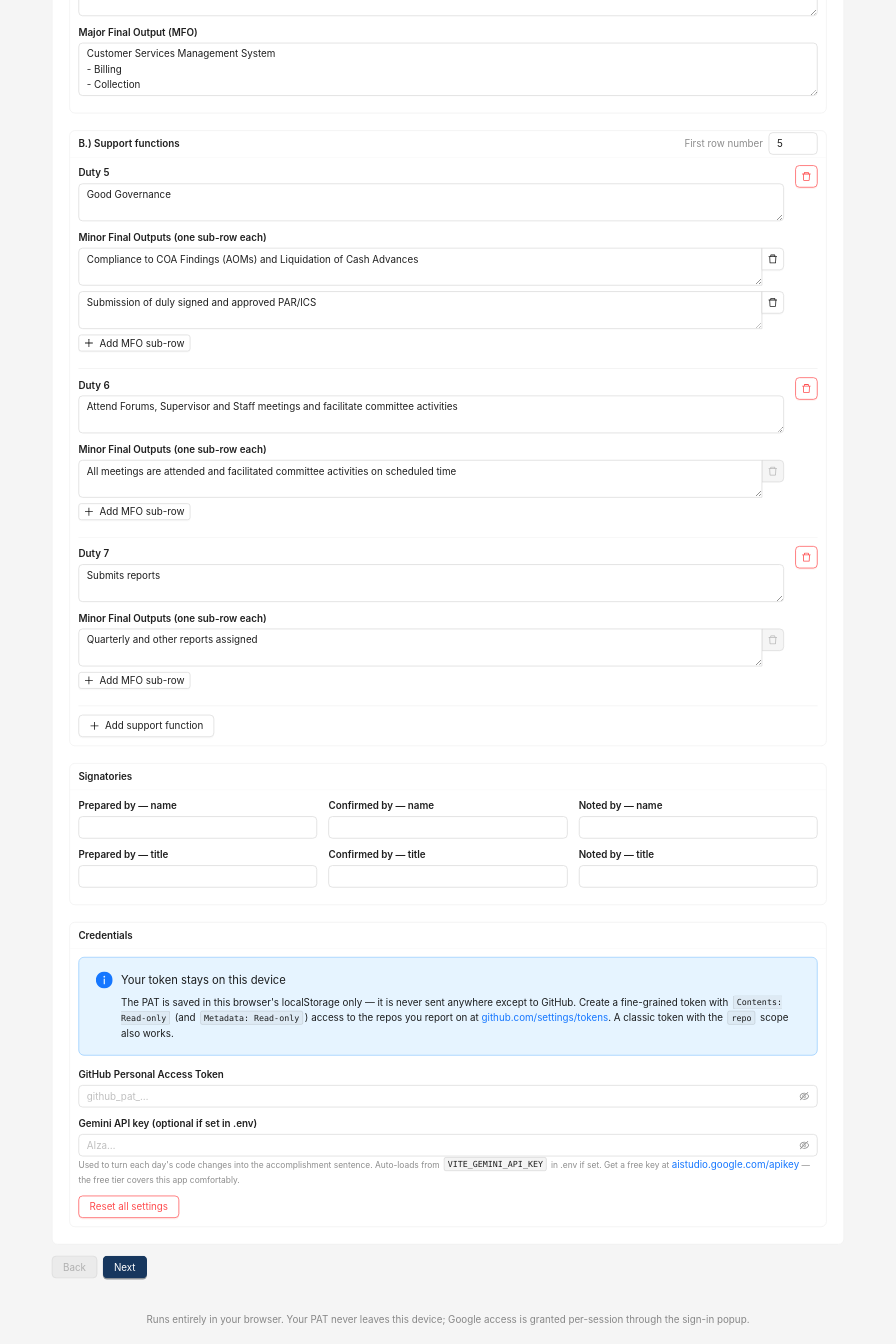
Repository: cerejie1342/Dar-Generator
Page: /
The author's editor kept a copy of each file at every save. The page is drawn from the files as they stood at one save, then again after the next save.
The browser window is 1280 px wide. The pictures show the part of the page from y = 800 to 2720 px (the page is 2720 px tall before and 2606 px after), at 70% of full size.
The page's requests for data from a server got no answer. The project was rebuilt for these pictures with package versions that can differ from the ones it lists, and the page was loaded fresh each time. No one was signed in, and anything a server would have sent is missing. Also part of the build but not shown: src/api/googleAuth.ts, src/api/googleSheets.ts, src/components/DatesStep.tsx, src/components/CommitsStep.tsx, src/components/PreviewStep.tsx, src/api/excelExport.ts, src/components/GenerateStep.tsx.

Above is the page before, as saved 2026-07-15 04:02:21.

### index.html
<!doctype html>
<html lang="en">
  <head>
    <meta charset="UTF-8" />
    <meta name="viewport" content="width=device-width, initial-scale=1.0, viewport-fit=cover" />
    <meta name="theme-color" content="#17375E" />
    <meta name="description" content="Daily Accomplishment Report Generator for Philippine Government Agencies" />
    <meta name="apple-mobile-web-app-capable" content="yes" />
    <meta name="apple-mobile-web-app-status-bar-style" content="black-translucent" />
    <meta name="apple-mobile-web-app-title" content="DAR" />
    <meta name="mobile-web-app-capable" content="yes" />
    <title>DAR Generator</title>
    <link rel="manifest" href="/manifest.webmanifest" />
    <link rel="icon" href="data:[embedded picture, 269 characters]" />
    <link rel="apple-touch-icon" href="data:[embedded picture, 269 characters]" />
    <script src="https://accounts.google.com/gsi/client" async defer></script>
  </head>
  <body>
    <div id="root"></div>
    <script type="module" src="/src/main.tsx"></script>
  </body>
</html>

### src/main.tsx
import React from 'react';
import ReactDOM from 'react-dom/client';
import { App as AntApp, ConfigProvider } from 'antd';
import App from './App';
import './index.css';

if ('serviceWorker' in navigator) {
  navigator.serviceWorker.register('/sw.js', { scope: '/' }).catch(() => {
    // Service worker registration can fail if not available in dev
  });
}

ReactDOM.createRoot(document.getElementById('root')!).render(
  <React.StrictMode>
    <ConfigProvider theme={{ token: { colorPrimary: '#17375E' } }}>
      <AntApp>
        <App />
      </AntApp>
    </ConfigProvider>
  </React.StrictMode>,
);

### src/index.css
body {
  margin: 0;
  font-family: -apple-system, BlinkMacSystemFont, 'Segoe UI', Roboto, Arial, sans-serif;
  background: #f5f5f5;
}

### src/components/ProfileStep.tsx
import { Alert, Button, Card, Col, Divider, Input, InputNumber, Row, Space, Typography } from 'antd';
import { DeleteOutlined, PlusOutlined } from '@ant-design/icons';
import type { Settings, SupportFunction } from '../types';

const { Text, Link } = Typography;

interface Props {
  settings: Settings;
  onChange: (patch: Partial<Settings>) => void;
  onReset: () => void;
}

function Field({ label, children }: { label: string; children: React.ReactNode }) {
  return (
    <div style={{ marginBottom: 12 }}>
      <Text strong style={{ display: 'block', marginBottom: 4 }}>
        {label}
      </Text>
      {children}
    </div>
  );
}

export default function ProfileStep({ settings, onChange, onReset }: Props) {
  const updateSupport = (id: string, patch: Partial<SupportFunction>) => {
    onChange({
      supportFunctions: settings.supportFunctions.map((fn) =>
        fn.id === id ? { ...fn, ...patch } : fn,
      ),
    });
  };

  return (
    <Space direction="vertical" size="large" style={{ width: '100%' }}>
      <Card title="Employee profile" size="small">
        <Row gutter={16}>
          <Col xs={24} md={12}>
            <Field label="Name of PBE">
              <Input
                value={settings.pbeName}
                onChange={(e) => onChange({ pbeName: e.target.value })}
                placeholder="CER EJIE C. LISONDATO"
              />
            </Field>
            <Field label="Position Title">
              <Input
                value={settings.positionTitle}
                onChange={(e) => onChange({ positionTitle: e.target.value })}
                placeholder="Senior Computer Services Programmer"
              />
            </Field>
            <Field label="Department">
              <Input
                value={settings.department}
                onChange={(e) => onChange({ department: e.target.value })}
              />
            </Field>
          </Col>
          <Col xs={24} md={12}>
            <Field label="Unit">
              <Input value={settings.unit} onChange={(e) => onChange({ unit: e.target.value })} />
            </Field>
            <Field label="Immediate Supervisor">
              <Input
                value={settings.supervisor}
                onChange={(e) => onChange({ supervisor: e.target.value })}
              />
            </Field>
          </Col>
        </Row>
      </Card>

      <Card title="Report header" size="small">
        <Row gutter={16}>
          <Col xs={24} md={12}>
            <Field label="Organization name">
              <Input
                value={settings.orgName}
                onChange={(e) => onChange({ orgName: e.target.value })}
              />
            </Field>
            <Field label="Address line">
              <Input
                value={settings.orgAddress}
                onChange={(e) => onChange({ orgAddress: e.target.value })}
              />
            </Field>
          </Col>
          <Col xs={24} md={12}>
            <Field label="Report title">
              <Input
                value={settings.reportTitle}
                onChange={(e) => onChange({ reportTitle: e.target.value })}
              />
            </Field>
          </Col>
        </Row>
      </Card>

      <Card title="A.) Core function" size="small">
        <Field label="Duty description">
          <Input.TextArea
            rows={2}
            value={settings.coreDuty}
            onChange={(e) => onChange({ coreDuty: e.target.value })}
          />
        </Field>
        <Field label="Major Final Output (MFO)">
          <Input.TextArea
            rows={3}
            value={settings.coreMfo}
            onChange={(e) => onChange({ coreMfo: e.target.value })}
          />
        </Field>
      </Card>

      <Card
        title="B.) Support functions"
        size="small"
        extra={
          <Space>
            <Text type="secondary">First row number</Text>
            <InputNumber
              min={1}
              value={settings.supportStartNumber}
              onChange={(v) => onChange({ supportStartNumber: v ?? 5 })}
              style={{ width: 70 }}
            />
          </Space>
        }
      >
        {settings.supportFunctions.map((fn, i) => (
          <div key={fn.id}>
            {i > 0 && <Divider style={{ margin: '12px 0' }} />}
            <Row gutter={16} align="top">
              <Col flex="auto">
                <Field label={`Duty ${settings.supportStartNumber + i}`}>
                  <Input.TextArea
                    rows={2}
                    value={fn.name}
                    onChange={(e) => updateSupport(fn.id, { name: e.target.value })}
                  />
                </Field>
                <Field label="Minor Final Outputs (one sub-row each)">
                  <Space direction="vertical" style={{ width: '100%' }}>
                    {fn.mfos.map((mfo, j) => (
                      <Space.Compact key={j} style={{ width: '100%' }}>
                        <Input.TextArea
                          rows={2}
                          value={mfo}
                          onChange={(e) =>
                            updateSupport(fn.id, {
                              mfos: fn.mfos.map((m, k) => (k === j ? e.target.value : m)),
                            })
                          }
                        />
                        <Button
                          icon={<DeleteOutlined />}
                          disabled={fn.mfos.length === 1}
                          onClick={() =>
                            updateSupport(fn.id, { mfos: fn.mfos.filter((_, k) => k !== j) })
                          }
                        />
                      </Space.Compact>
                    ))}
                    <Button
                      size="small"
                      icon={<PlusOutlined />}
                      onClick={() => updateSupport(fn.id, { mfos: [...fn.mfos, ''] })}
                    >
                      Add MFO sub-row
                    </Button>
                  </Space>
                </Field>
              </Col>
              <Col>
                <Button
                  danger
                  icon={<DeleteOutlined />}
                  disabled={settings.supportFunctions.length === 1}
                  onClick={() =>
                    onChange({
                      supportFunctions: settings.supportFunctions.filter((f) => f.id !== fn.id),
                    })
                  }
                />
              </Col>
            </Row>
          </div>
        ))}
        <Divider style={{ margin: '12px 0' }} />
        <Button
          icon={<PlusOutlined />}
          onClick={() =>
            onChange({
              supportFunctions: [
                ...settings.supportFunctions,
                { id: crypto.randomUUID(), name: '', mfos: [''] },
              ],
            })
          }
        >
          Add support function
        </Button>
      </Card>

      <Card title="Signatories" size="small">
        <Row gutter={16}>
          {(
            [
              ['Prepared by', 'preparedBy'],
              ['Confirmed by', 'confirmedBy'],
              ['Noted by', 'notedBy'],
            ] as const
          ).map(([label, key]) => (
            <Col xs={24} md={8} key={key}>
              <Field label={`${label} — name`}>
                <Input
                  value={settings[key].name}
                  onChange={(e) => onChange({ [key]: { ...settings[key], name: e.target.value } })}
                />
              </Field>
              <Field label={`${label} — title`}>
                <Input
                  value={settings[key].title}
                  onChange={(e) => onChange({ [key]: { ...settings[key], title: e.target.value } })}
                />
              </Field>
            </Col>
          ))}
        </Row>
      </Card>

      <Card title="Credentials" size="small">
        <Alert
          type="info"
          showIcon
          style={{ marginBottom: 16 }}
          message="Your token stays on this device"
          description={
            <>
              The PAT is saved in this browser's localStorage only — it is never sent anywhere
              except to GitHub. Create a fine-grained token with <Text code>Contents: Read-only</Text>{' '}
              (and <Text code>Metadata: Read-only</Text>) access to the repos you report on at{' '}
              <Link href="https://github.com/settings/tokens" target="_blank">
                github.com/settings/tokens
              </Link>
              . A classic token with the <Text code>repo</Text> scope also works.
            </>
          }
        />
        <Field label="GitHub Personal Access Token">
          <Input.Password
            value={settings.githubToken}
            onChange={(e) => onChange({ githubToken: e.target.value })}
            placeholder="github_pat_…"
            autoComplete="off"
          />
        </Field>
        <Field  label="Gemini API key (optional if set in .env)">
          <Input.Password
            value={settings.geminiApiKey}
            onChange={(e) => onChange({ geminiApiKey: e.target.value })}
            placeholder="AIza…"
            autoComplete="off"
          />
          <Text type="secondary" style={{ fontSize: 12 }}>
            Used to turn each day's code changes into the accomplishment sentence. Auto-loads from{' '}
            <Text code>VITE_GEMINI_API_KEY</Text> in .env if set. Get a free key at{' '}
            <Link href="https://aistudio.google.com/apikey" target="_blank">
              aistudio.google.com/apikey
            </Link>
            {' '}— the free tier covers this app comfortably.
          </Text>
        </Field>
        <Button danger onClick={onReset}>
          Reset all settings
        </Button>
      </Card>
    </Space>
  );
}

### src/lib/distribute.ts
import type { Commit } from '../types';

/** Local calendar day of a commit, as yyyy-MM-dd. */
export function toDateKey(iso: string): string {
  const d = new Date(iso);
  const pad = (n: number) => String(n).padStart(2, '0');
  return `${d.getFullYear()}-${pad(d.getMonth() + 1)}-${pad(d.getDate())}`;
}

function dayNumber(key: string): number {
  const [y, m, d] = key.split('-').map(Number);
  return Date.UTC(y, m - 1, d) / 86400000;
}

/**
 * Assign commits to the selected attendance dates.
 *
 * Guarantees:
 *  - every commit lands in exactly one date bucket (never duplicated);
 *  - a commit stays on its real commit date whenever that date was selected;
 *  - otherwise it goes to the nearest selected date, so buckets stay contiguous
 *    in chronological order;
 *  - if a selected date ends up empty while there are enough commits to go
 *    around, it borrows from the nearest neighbour that has a surplus, shifting
 *    commits along the chain so chronological order is preserved;
 *  - with fewer commits than dates, the leftover dates simply stay empty.
 */
export function distribute(commits: Commit[], dates: string[]): Map<string, Commit[]> {
  const buckets = new Map<string, Commit[]>();
  dates.forEach((d) => buckets.set(d, []));
  if (dates.length === 0) return buckets;

  const sortedDates = [...dates].sort();
  const dateNums = sortedDates.map(dayNumber);

  const sorted = [...commits].sort(
    (a, b) => new Date(a.date).getTime() - new Date(b.date).getTime() || a.sha.localeCompare(b.sha),
  );

  // Deduplicate by SHA, then drop the commit on its own date, or the nearest one.
  const seen = new Set<string>();
  const groups: Commit[][] = sortedDates.map(() => []);
  for (const commit of sorted) {
    if (seen.has(commit.sha)) continue;
    seen.add(commit.sha);

    const target = dayNumber(toDateKey(commit.date));
    let best = 0;
    let bestDist = Infinity;
    dateNums.forEach((num, i) => {
      const dist = Math.abs(num - target);
      if (dist < bestDist) {
        bestDist = dist;
        best = i;
      }
    });
    groups[best].push(commit);
  }

  // Fill empty days by shifting commits along from the nearest surplus neighbour.
  // Each pass fills one empty day and creates none, so this terminates.
  for (;;) {
    const empty = groups.findIndex((g) => g.length === 0);
    if (empty === -1) break;

    let donor = -1;
    for (let i = empty - 1; i >= 0; i--) {
      if (groups[i].length > 1) {
        donor = i;
        break;
      }
    }
    if (donor !== -1) {
      for (let i = donor; i < empty; i++) groups[i + 1].unshift(groups[i].pop()!);
      continue;
    }

    for (let i = empty + 1; i < groups.length; i++) {
      if (groups[i].length > 1) {
        donor = i;
        break;
      }
    }
    if (donor === -1) break; // not enough commits to cover every day
    for (let i = donor; i > empty; i--) groups[i - 1].push(groups[i].shift()!);
  }

  sortedDates.forEach((d, i) => buckets.set(d, groups[i]));
  return buckets;
}

### src/lib/commitText.ts
import type { Commit } from '../types';

const CONVENTIONAL = /^(feat|fix|chore|docs|style|refactor|perf|test|build|ci|revert|wip|init)(\([^)]*\))?!?:\s*/i;
const MERGE = /^(merge (branch|pull request|remote-tracking)|revert ")/i;

/** First line of a commit message, without its conventional-commit prefix. */
export function cleanMessage(message: string): string {
  const first = message.split('\n')[0].trim();
  const stripped = first.replace(CONVENTIONAL, '').trim();
  if (!stripped) return '';
  return stripped.charAt(0).toUpperCase() + stripped.slice(1);
}

/** One day's commits collapsed into the text that goes in the DAR cell. */
export function summarize(commits: Commit[]): string {
  const lines: string[] = [];
  const seen = new Set<string>();
  for (const commit of commits) {
    const first = commit.message.split('\n')[0].trim();
    if (MERGE.test(first)) continue;
    const line = cleanMessage(commit.message);
    if (!line) continue;
    const key = line.toLowerCase().replace(/[^a-z0-9]+/g, ' ').trim();
    if (seen.has(key)) continue;
    seen.add(key);
    lines.push(line);
  }
  return lines.join('\n');
}

### src/lib/storage.ts
import type { Settings } from '../types';

const KEY = 'dar-generator-settings-v1';

export const DEFAULT_SETTINGS: Settings = {
  pbeName: '',
  positionTitle: '',
  department: 'Information and Communications Technology Department',
  unit: '',
  supervisor: '',

  orgName: 'DAVAO CITY WATER DISTRICT',
  orgAddress: 'Km. 2.5 Mac Arthur Highway, Matina, Davao City',
  reportTitle: 'Project-Based Employee Daily Accomplishment Report',

  coreDuty: 'Development of ERP- Customer Services Management System-BCA.',
  coreMfo: 'Customer Services Management System\n- Billing\n- Collection',

  supportFunctions: [
    {
      id: 'good-governance',
      name: 'Good Governance',
      mfos: [
        'Compliance to COA Findings (AOMs) and Liquidation of Cash Advances',
        'Submission of duly signed and approved PAR/ICS',
      ],
    },
    {
      id: 'meetings',
      name: 'Attend Forums, Supervisor and Staff meetings and facilitate committee activities',
      mfos: ['All meetings are attended and facilitated committee activities on scheduled time'],
    },
    {
      id: 'reports',
      name: 'Submits reports',
      mfos: ['Quarterly and other reports assigned'],
    },
  ],
  supportStartNumber: 5,

  preparedBy: { name: '', title: '' },
  confirmedBy: { name: '', title: '' },
  notedBy: { name: '', title: '' },

  githubToken: '',
  googleClientId: import.meta.env.VITE_GOOGLE_CLIENT_ID ?? '',
  geminiApiKey: '',
};

export function loadSettings(): Settings {
  try {
    const raw = localStorage.getItem(KEY);
    if (!raw) return { ...DEFAULT_SETTINGS };
    const parsed = JSON.parse(raw) as Partial<Settings>;
    return {
      ...DEFAULT_SETTINGS,
      ...parsed,
      preparedBy: { ...DEFAULT_SETTINGS.preparedBy, ...parsed.preparedBy },
      confirmedBy: { ...DEFAULT_SETTINGS.confirmedBy, ...parsed.confirmedBy },
      notedBy: { ...DEFAULT_SETTINGS.notedBy, ...parsed.notedBy },
      supportFunctions: parsed.supportFunctions?.length
        ? parsed.supportFunctions
        : DEFAULT_SETTINGS.supportFunctions,
      // An env-provided Client ID wins unless the user typed their own.
      googleClientId: parsed.googleClientId || DEFAULT_SETTINGS.googleClientId,
    };
  } catch {
    return { ...DEFAULT_SETTINGS };
  }
}

export function saveSettings(settings: Settings): void {
  localStorage.setItem(KEY, JSON.stringify(settings));
}

export function resetSettings(): void {
  localStorage.removeItem(KEY);
}

Loaded but not shown: src/App.tsx (261 lines, source omitted); src/api/gemini.ts (182 lines, source omitted); src/api/github.ts (192 lines, source omitted)

After the next save:
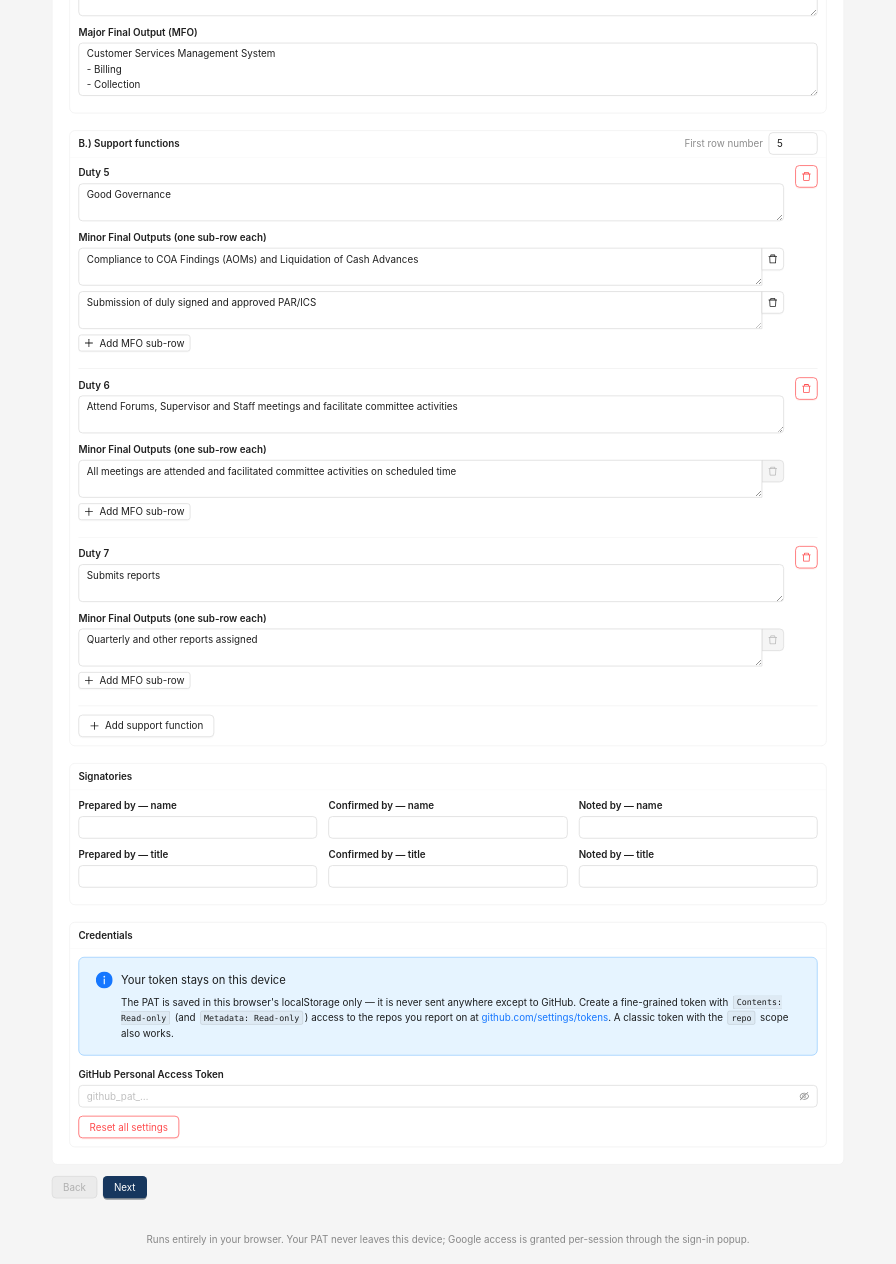
Saved 9 s later.
--- a/src/components/ProfileStep.tsx
+++ b/src/components/ProfileStep.tsx
@@ -257,7 +257,7 @@ export default function ProfileStep({ settings, onChange, onReset }: Props) {
             autoComplete="off"
           />
         </Field>
-        <Field  label="Gemini API key (optional if set in .env)">
+        {/* <Field  label="Gemini API key (optional if set in .env)">
           <Input.Password
             value={settings.geminiApiKey}
             onChange={(e) => onChange({ geminiApiKey: e.target.value })}
@@ -272,7 +272,7 @@ export default function ProfileStep({ settings, onChange, onReset }: Props) {
             </Link>
             {' '}— the free tier covers this app comfortably.
           </Text>
-        </Field>
+        </Field> */}
         <Button danger onClick={onReset}>
           Reset all settings
         </Button>
